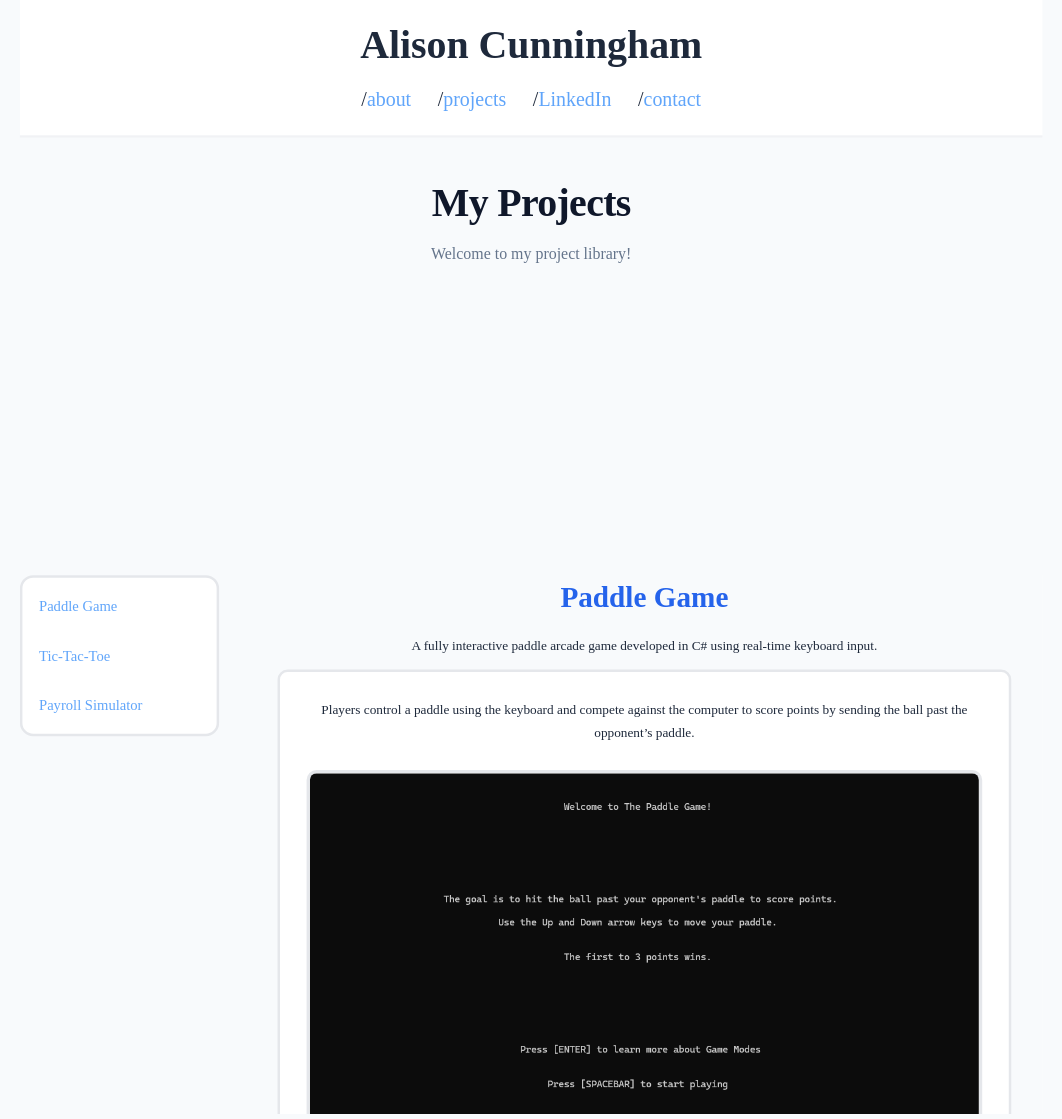
Repository: alison-cunningham/alison-cunningham
Page: pages/main-projects-page.html
An editor plug-in stored every save of this project. The page is shown before and after the next save, followed by the edit.
The browser window is 1280 px wide. The pictures show the whole page, at 83% of full size.
Some web fonts or font styles are not loaded; a fallback is used.

Above is the page before, as saved 2026-05-12 21:18:26.

After the next save:
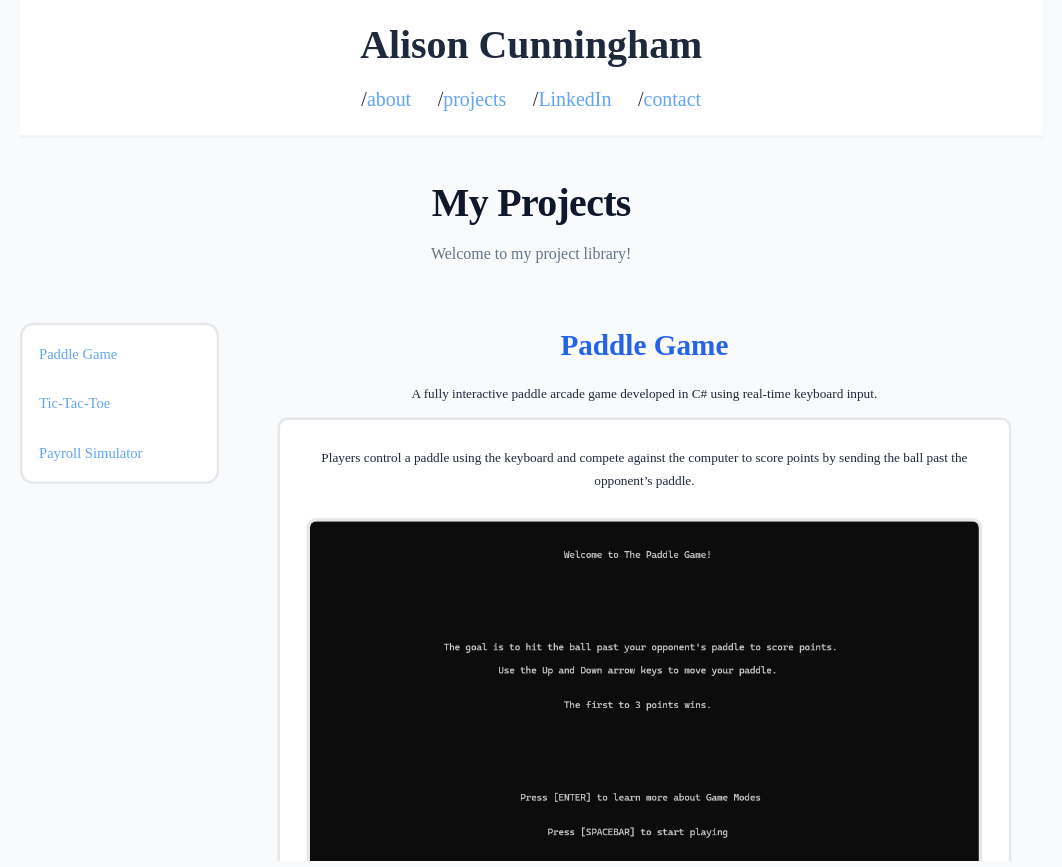
Saved 5 s later.
--- a/styles/pages.css
+++ b/styles/pages.css
@@ -172,7 +172,7 @@ iframe{
     }
 
     .main-header{
-        padding-bottom: 22rem;
+        padding-bottom: 3rem;
     }
 
 }
